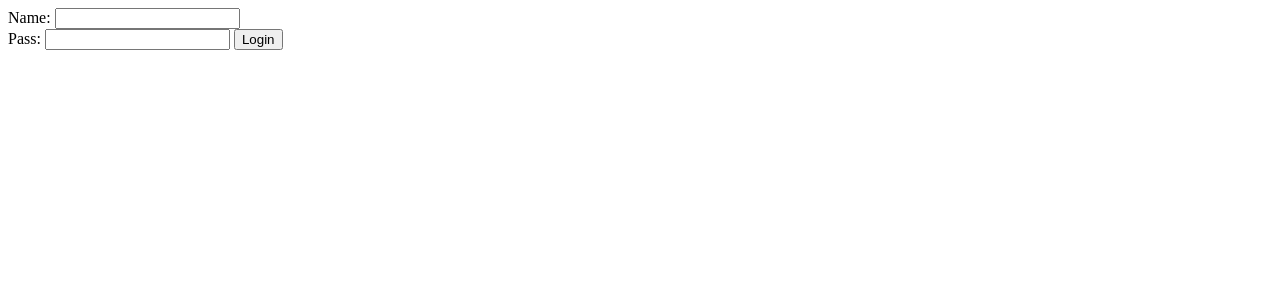
Repository: finntranne/23110334_TranHuuThoai_BaiTapCaNhanLapTrinhWeb
Page: HelloWorld/src/main/webapp/views/Login.html
These files come from the project's save history. The page is drawn as it stood at one moment and after the next save; the edit follows.
The browser window is 1280 px wide. The pictures show the whole page.

Above is the page before, as saved 2025-08-22 11:06:13.

### HelloWorld/src/main/webapp/views/Login.html
<!DOCTYPE html>
<html>
<head>
<meta charset="UTF-8">
<title>Insert title here</title>
</head>
<body>
	<form action="login" method="Post">
		Name: <input type="text" name="username"> <br /> Pass: <input
			type="password" name="password" /> <input type="submit" value="Login" />
	</form>
</body>
</html>

After the next save:
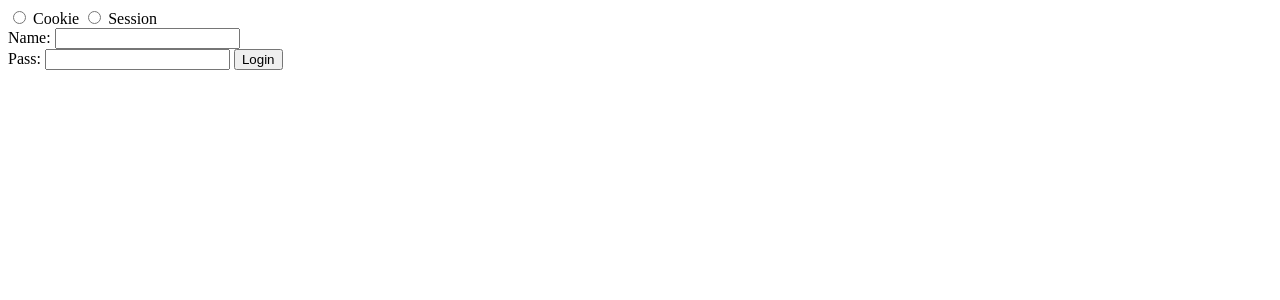
Saved 24 min 29 s later.
--- a/HelloWorld/src/main/webapp/views/Login.html
+++ b/HelloWorld/src/main/webapp/views/Login.html
@@ -5,6 +5,9 @@
 <title>Insert title here</title>
 </head>
 <body>
+<input type="radio" name="method" value="Cookie"> Cookie
+<input type="radio" name="method" value="Session"> Session
+
 	<form action="login" method="Post">
 		Name: <input type="text" name="username"> <br /> Pass: <input
 			type="password" name="password" /> <input type="submit" value="Login" />
